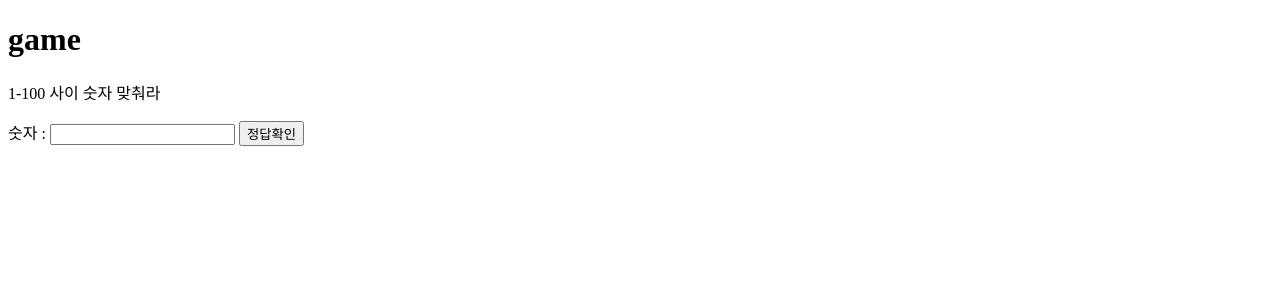
Repository: junwon9824/springkb
Page: http://localhost/mvc_0425/number_guess
An editor plug-in stored every save of this project. The page is shown before and after a run of saves, followed by the edit.
The browser window is 1280 px wide. The pictures show the whole page.
The page is served by Tomcat 9.

Above is the page before, as saved 2023-04-25 07:49:54.

After the next 2 saves:
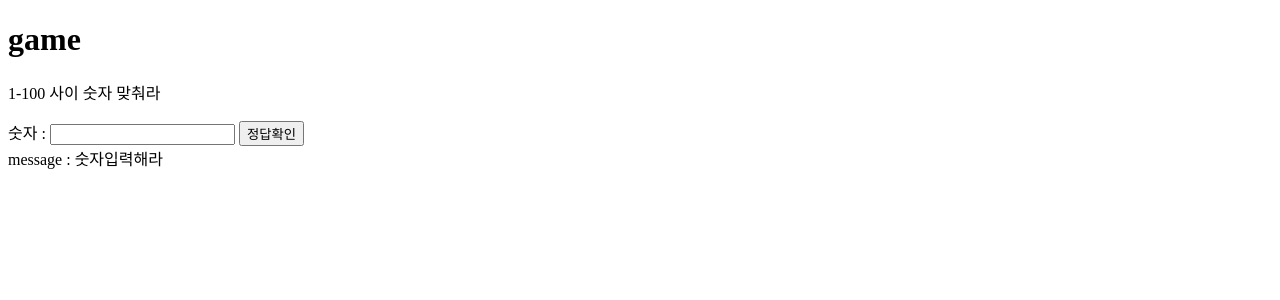
The 2 saves are shown as one change because 1 did not build or start.
The last was saved 70 s later.
--- a/mvc_0425/src/main/webapp/WEB-INF/views/number_guess.jsp
+++ b/mvc_0425/src/main/webapp/WEB-INF/views/number_guess.jsp
@@ -16,11 +16,10 @@
 
 	<form action="">
 		<label>숫자 : <input type="number" name="n1">
-		</label>
-		<input type="submit" value="정답확인">
+		</label> <input type="submit" value="정답확인">
 
 	</form>
-
+	<div>message : ${msg }</div>
 
 
 </body>
